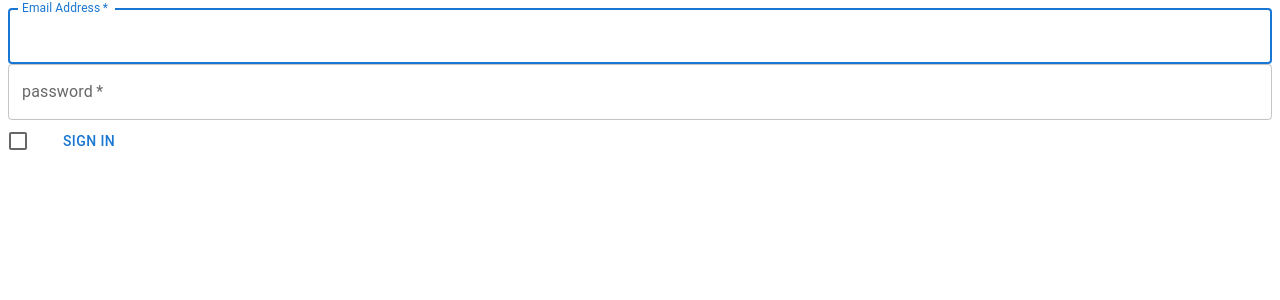
Repository: chlwpdnswku/nextjsportpolioclone
Page: /
An editor plug-in stored every save of this project. The page is shown before and after the next save, followed by the edit.
The browser window is 1280 px wide. The pictures show the whole page.
The project was rebuilt for these pictures with package versions that can differ from the ones it lists, and the page was loaded fresh each time. The framework's server and built-in components were replaced by stand-ins that run in the browser. Also part of the build but not shown: next.config.js.

Above is the page before, as saved 2022-08-05 16:48:38.

After the next save:
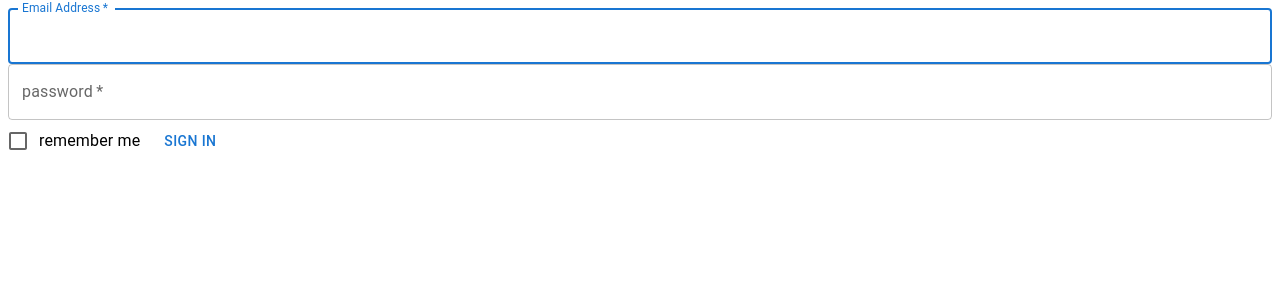
Saved 11 s later.
--- a/pages/index.tsx
+++ b/pages/index.tsx
@@ -34,7 +34,7 @@ const Home: NextPage = () => {
       {/* 체크박스  */}
       <FormControlLabel
         control={<Checkbox value='remember' color='primary'></Checkbox>}
-        label={undefined}
+        label='remember me'
       ></FormControlLabel>
 
       {/* 서버로 보내는 서브밋 타이틀을 만들어줌. */}
